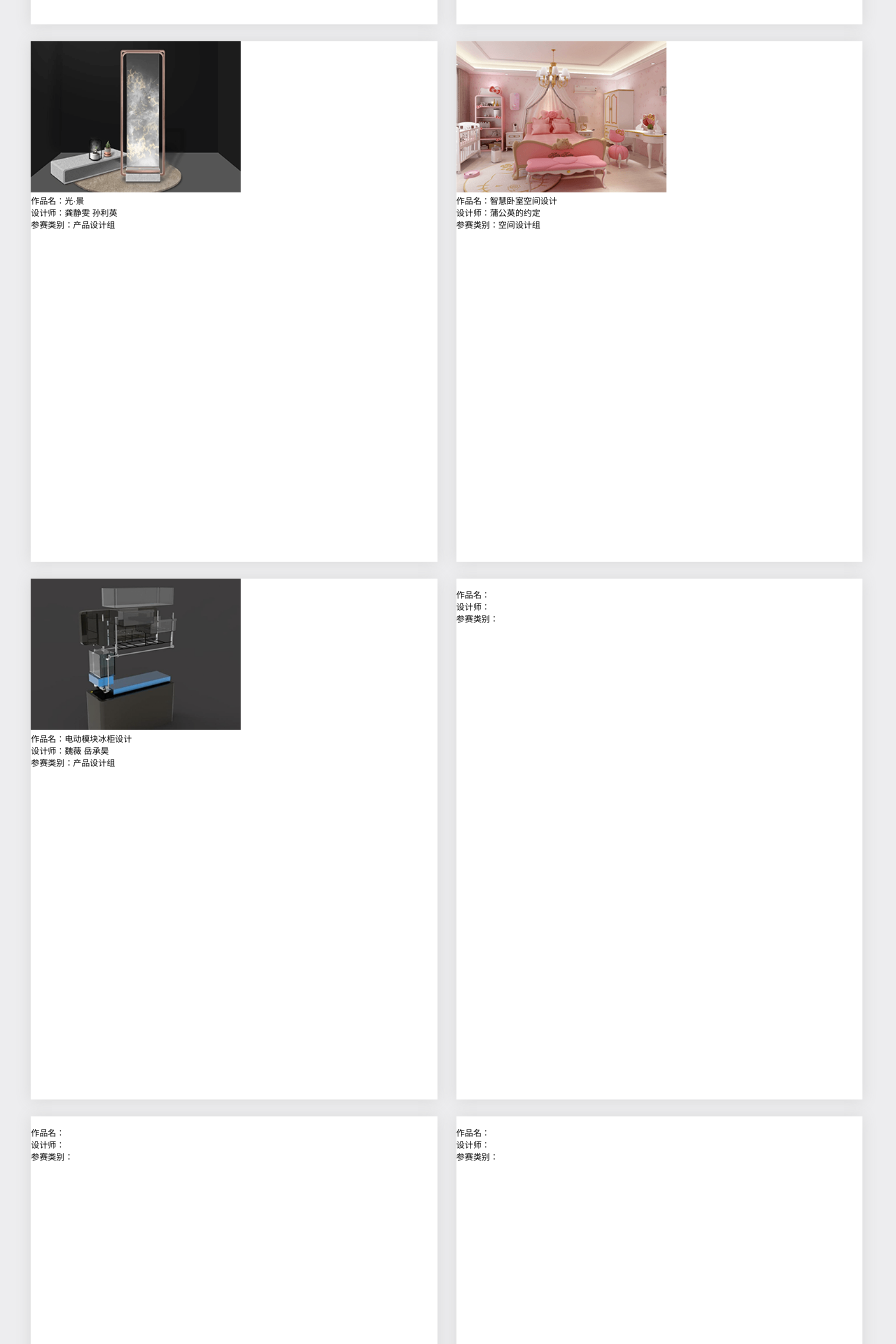
Repository: wangbiaozy/11.16
Page: pingxuan.html
These files come from the project's save history. The page is drawn as it stood at one moment and after the next save; the edit follows.
The browser window is 1280 px wide. The pictures show the part of the page from y = 2064 to 3984 px (the page is 4427 px tall), at 70% of full size.

Above is the page before, as saved 2018-11-16 17:42:19.

### pingxuan.html
<!DOCTYPE html>
<html lang="en">

<head>
    <meta charset="UTF-8">
    <meta name="viewport" content="width=device-width, initial-scale=1.0, maximum-scale=1.0, minimum-scale=1.0, user-scalable=no, viewport-fit=cover">
    <meta http-equiv="X-UA-Compatible" content="ie=edge">
    <title>Document</title>
    <link rel="stylesheet" href="css/reset.min.css">
    <link rel="stylesheet/less" href="css/pingxuan.less">
    <script src="js/less-1.7.0.min.js"></script>
</head>
<body>
    <section>
        <div></div>
        <div>
            <ul>
                <li>
                    <img src="./images/zp_1.png" alt="">
                    <p>作品名：<span>冰雪奇缘合租冰箱</span></p>
                    <p>设计师：<span>王雪菲</span></p>
                    <p>参赛类别：<span>产品设计组</span></p>
                    <a class="zan" href="javascript:void(0)"></a>
                    <a href=""></a>
                </li>
                <li>
                    <img src="./images/zp_2.png" alt="">
                    <p>作品名：<span>智慧家庭空间设计</span></p>
                    <p>设计师：<span>秋风清y51</span></p>
                    <p>参赛类别：<span>空间设计组</span></p>
                    <a class="zan" href="javascript:void(0)"></a>
                    <a href=""></a>
                </li>
                <li>
                    <img src="./images/zp_3.png" alt="">
                    <p>作品名：<span>组合式冰吧</span></p>
                    <p>设计师：<span>王逸心</span></p>
                    <p>参赛类别：<span>产品设计组</span></p>
                    <a class="zan" href="javascript:void(0)"></a>
                    <a href=""></a>
                </li>
                <li>
                    <img src="./images/zp_4.png" alt="">
                    <p>作品名：<span>我的智慧家庭设计作品</span></p>
                    <p>设计师：<span>高远</span></p>
                    <p>参赛类别：<span>空间设计组</span></p>
                    <a class="zan" href="javascript:void(0)"></a>
                    <a href=""></a>
                </li>
                <li>
                    <img src="./images/zp_5.png" alt="">
                    <p>作品名：<span>光·景</span></p>
                    <p>设计师：<span>龚静雯&nbsp;孙利英</span></p>
                    <p>参赛类别：<span>产品设计组</span></p>
                    <a class="zan" href="javascript:void(0)"></a>
                    <a href=""></a>
                </li>
                <li>
                    <img src="./images/zp_6.png" alt="">
                    <p>作品名：<span>智慧卧室空间设计</span></p>
                    <p>设计师：<span>蒲公英的约定</span></p>
                    <p>参赛类别：<span>空间设计组</span></p>
                    <a class="zan" href="javascript:void(0)"></a>
                    <a href=""></a>
                </li>
                <li>
                    <img src="./images/zp_7.png" alt="">
                    <p>作品名：<span>电动模块冰柜设计</span></p>
                    <p>设计师：<span>魏薇&nbsp;岳承昊</span></p>
                    <p>参赛类别：<span>产品设计组</span></p>
                    <a class="zan" href="javascript:void(0)"></a>
                    <a href=""></a>
                </li>
                <li>
                    <img src="" alt="">
                    <p>作品名：<span></span></p>
                    <p>设计师：<span></span></p>
                    <p>参赛类别：<span></span></p>
                    <a class="zan" href="javascript:void(0)"></a>
                    <a href=""></a>
                </li>
                <li>
                    <img src="" alt="">
                    <p>作品名：<span></span></p>
                    <p>设计师：<span></span></p>
                    <p>参赛类别：<span></span></p>
                    <a class="zan" href="javascript:void(0)"></a>
                    <a href=""></a>
                </li>
                <li>
                    <img src="" alt="">
                    <p>作品名：<span></span></p>
                    <p>设计师：<span></span></p>
                    <p>参赛类别：<span></span></p>
                    <a class="zan" href="javascript:void(0)"></a>
                    <a href=""></a>
                </li>
            </ul>
        </div>
    </section>
</body>
</html>
<script src="js/jquery-1.10.1.min.js"></script>
<script src="js/index.js"></script>

### css/reset.min.css
@charset "utf-8";
/*默认样式清除和初始化*/
body,h1,h2,h3,h4,h5,h6,hr,p,blockquote,dl,dt,dd,ul,ol,li,button,input,textarea,th,td{margin:0;padding:0}body{font-size:12px;font-style:normal;font-family:"\5FAE\8F6F\96C5\9ED1",Helvetica,sans-serif}small{font-size:12px}h1{font-size:18px}h2{font-size:16px}h3{font-size:14px}h4,h5,h6{font-size:100%}ul,ol{list-style:none}a{text-decoration:none;background-color:transparent}a:hover,a:active{outline-width:0;text-decoration:none}table{border-collapse:collapse;border-spacing:0}hr{border:0;height:1px}img{border-style:none}img:not([src]){display:none}svg:not(:root){overflow:hidden}html{-webkit-touch-callout:none;-webkit-text-size-adjust:100%}input,textarea,button,a{-webkit-tap-highlight-color:rgba(0,0,0,0)}article,aside,details,figcaption,figure,footer,header,main,menu,nav,section,summary{display:block}audio,canvas,progress,video{display:inline-block}audio:not([controls]),video:not([controls]){display:none;height:0}progress{vertical-align:baseline}mark{background-color:#ff0;color:#000}sub,sup{position:relative;font-size:75%;line-height:0;vertical-align:baseline}sub{bottom:-0.25em}sup{top:-0.5em}button,input,select,textarea{font-size:100%;outline:0}button,input{overflow:visible}button,select{text-transform:none}textarea{overflow:auto}button,html [type="button"],[type="reset"],[type="submit"]{-webkit-appearance:button}button::-moz-focus-inner,[type="button"]::-moz-focus-inner,[type="reset"]::-moz-focus-inner,[type="submit"]::-moz-focus-inner{border-style:none;padding:0}button:-moz-focusring,[type="button"]:-moz-focusring,[type="reset"]:-moz-focusring,[type="submit"]:-moz-focusring{outline:1px dotted ButtonText}[type="checkbox"],[type="radio"]{box-sizing:border-box;padding:0}[type="number"]::-webkit-inner-spin-button,[type="number"]::-webkit-outer-spin-button{height:auto}[type="search"]{-webkit-appearance:textfield;outline-offset:-2px}[type="search"]::-webkit-search-cancel-button,[type="search"]::-webkit-search-decoration{-webkit-appearance:none}::-webkit-input-placeholder{color:inherit;opacity:.54}::-webkit-file-upload-button{-webkit-appearance:button;font:inherit}.clear:after{display:block;height:0;content:"";clear:both}
*{ -webkit-tap-highlight-color: rgba(0,0,0,0);-webkit-tap-highlight-color: transparent; /* For some Androids */ }

### js/index.js
(function (doc, win) {
    var docEl = doc.documentElement,
        resizeEvt = 'orientationchange' in window ? 'orientationchange' : 'resize',
        recalc = function () {
            var clientWidth = docEl.clientWidth;
            if (!clientWidth) return;
            docEl.style.fontSize = 100 * (clientWidth / 750) + 'px';
        };
    if (!doc.addEventListener) return;
    win.addEventListener(resizeEvt, recalc, false);
    doc.addEventListener('DOMContentLoaded', recalc, false);
})(document, window);
$(function () {
    //直播秀点赞
    $('.zan').on('click',function(){
        var $this = $(this);
        var _num = parseInt($this.siblings('span').text());
        $this.hasClass('act') ? '' : $(this).siblings().text(_num+1) && $this.addClass('act');
    });

    //我精彩
    //选项卡
    function tab($selector){
        var $lis = $selector.find('li');
        $lis.on('click',function (){
            var $index = $(this).index();
            $(this).addClass('act').siblings().removeClass('act').end().parent().nextAll('div').eq($index).addClass('bg').siblings('div').removeClass('bg');
        });
    }
    tab($('#tab'));
    //点赞
    $('.zan_btn').on('click',function(){
        var $this = $(this);
        var _num = parseInt($this.siblings('i').text());
        $this.hasClass('act') ? '' : $(this).siblings('i').text(_num+1) && $this.addClass('act');
    });
});

Loaded but not shown: js/less-1.7.0.min.js (library); js/jquery-1.10.1.min.js (library)

After the next save:
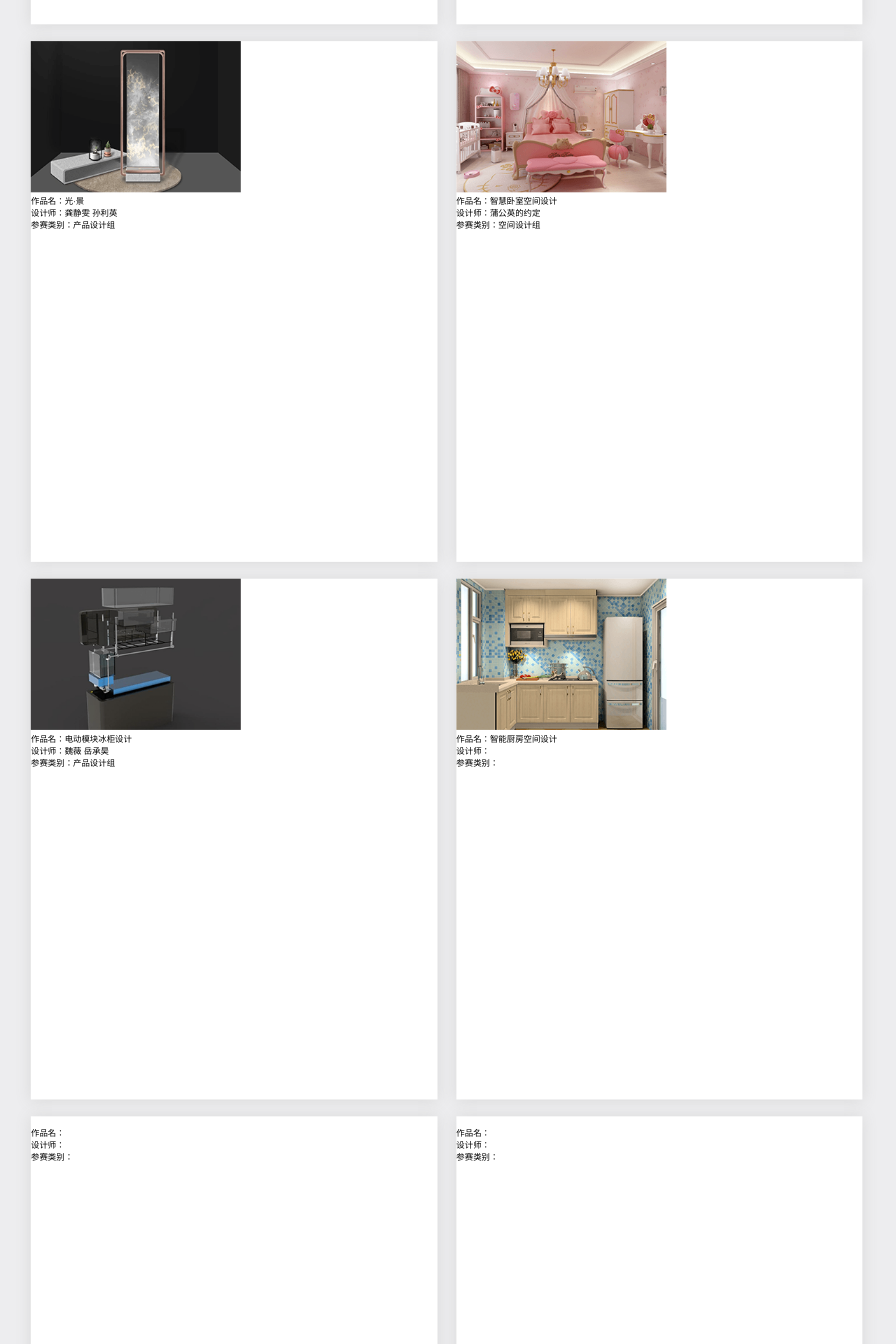
Saved 23 s later.
--- a/pingxuan.html
+++ b/pingxuan.html
@@ -72,8 +72,8 @@
                     <a href=""></a>
                 </li>
                 <li>
-                    <img src="" alt="">
-                    <p>作品名：<span></span></p>
+                    <img src="./images/zp_8.png" alt="">
+                    <p>作品名：<span>智能厨房空间设计</span></p>
                     <p>设计师：<span></span></p>
                     <p>参赛类别：<span></span></p>
                     <a class="zan" href="javascript:void(0)"></a>
